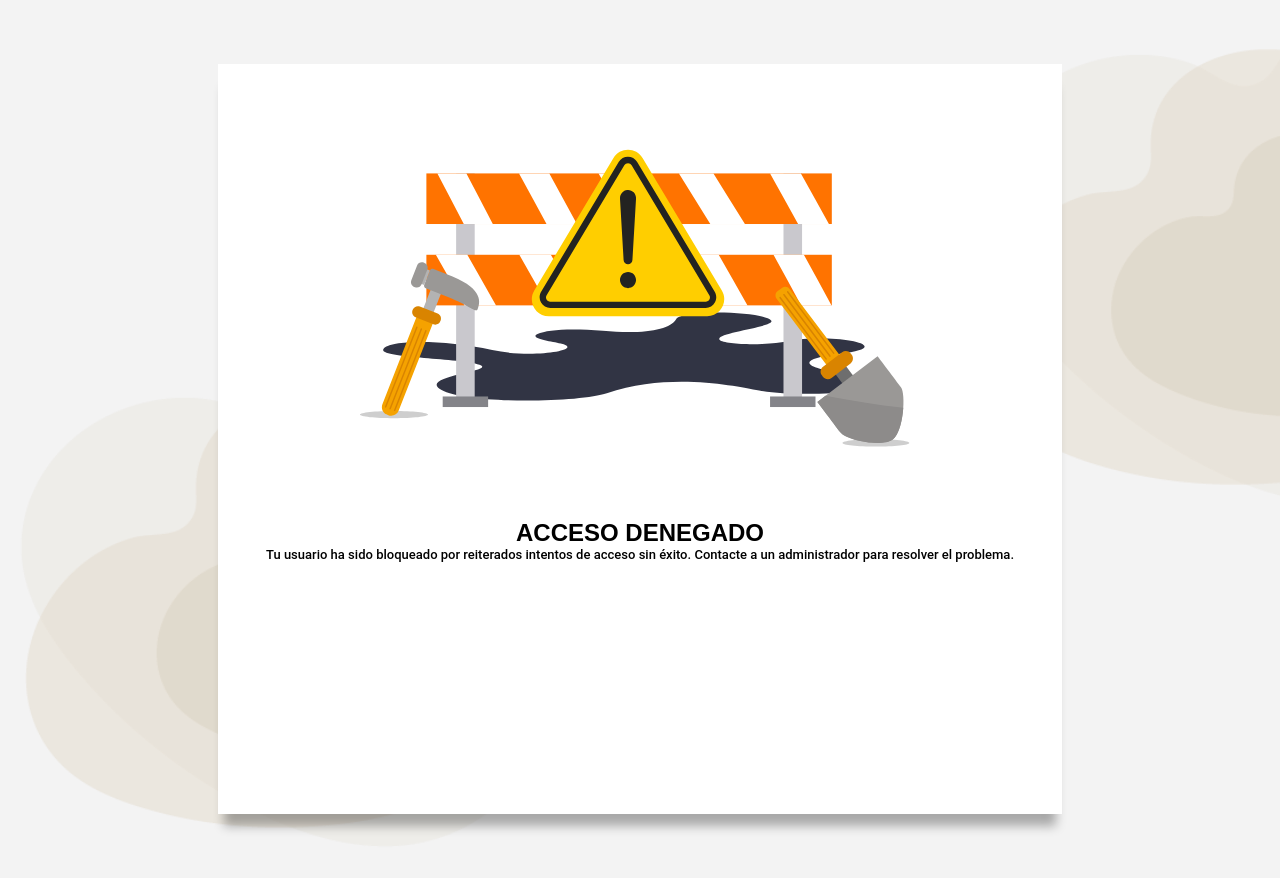
Repository: AlejandraBarrachina23/TPIntegrador_Barrachina_Java
Page: http://localhost/Alejandra_Barrachina_TP_Integrador1/error404.jsp
An editor plug-in stored every save of this project. The page is shown before and after the next save, followed by the edit.
The browser window is 1280 px wide. The pictures show the whole page.
Some web libraries are served in a nearby version. The page is served by Tomcat 9. Nobody is signed in. The application's start-up code is not run.

Above is the page before, as saved 2019-12-04 22:07:23.

After the next save:
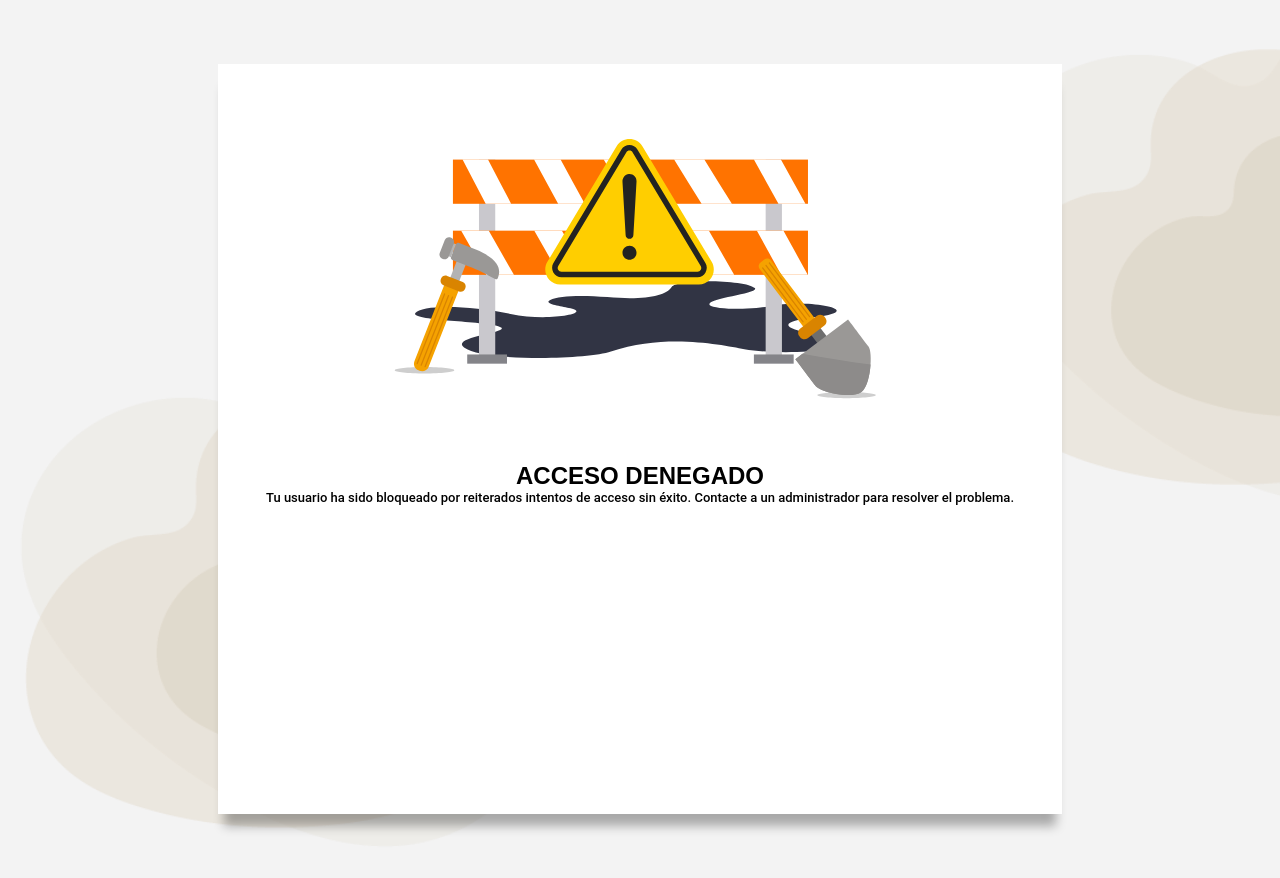
Saved 28 s later.
--- a/Alejandra_Barrachina_TP_Integrador1/WebContent/estilos.css
+++ b/Alejandra_Barrachina_TP_Integrador1/WebContent/estilos.css
@@ -33,8 +33,7 @@ body {
 
   #error-404 img {
 
-  width:80%;
-
+  width:70%;
 
   }
 
